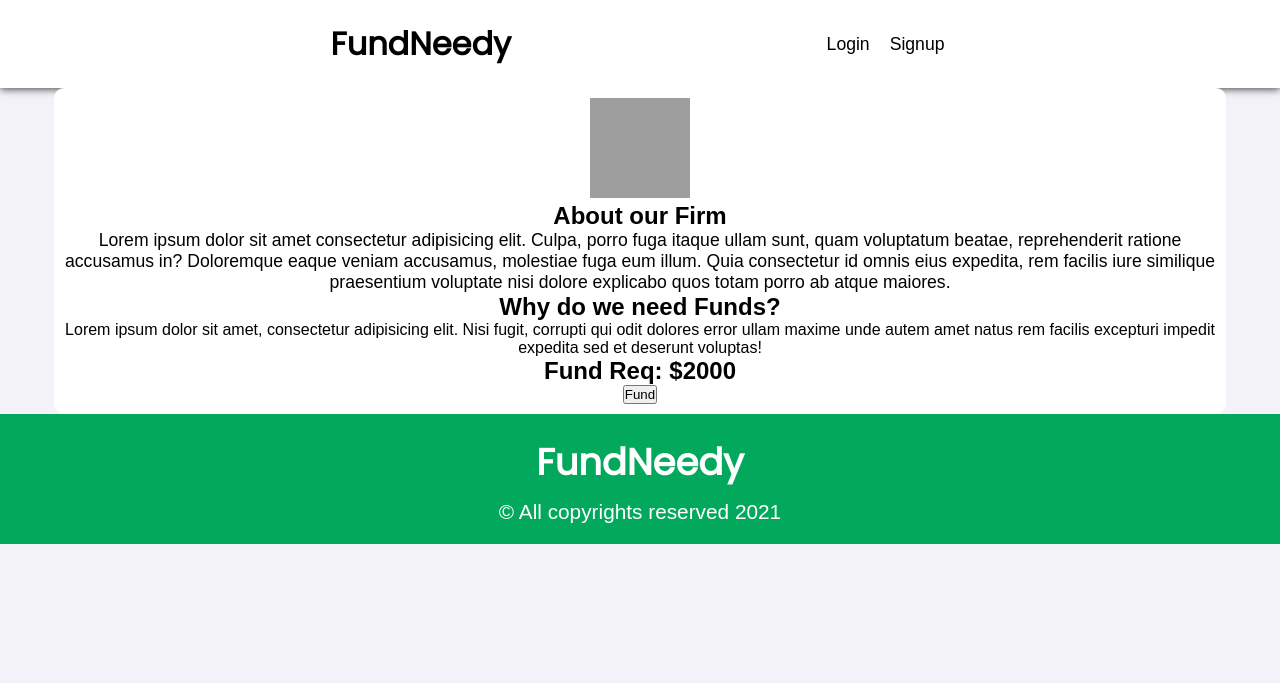
Repository: osdc/codejam
Page: /firmname (app in sassy-sandwiches/fund-needy/)
An editor plug-in stored every save of this project. The page is shown before and after the next save, followed by the edit.
The browser window is 1280 px wide. The pictures show the whole page.
Pictures or frames that could not be fetched are drawn as grey boxes. The project was rebuilt for these pictures with package versions that can differ from the ones it lists, and the page was loaded fresh each time. Also part of the build but not shown: sassy-sandwiches/fund-needy/src/Showcase.css, sassy-sandwiches/fund-needy/src/Showcase.js, sassy-sandwiches/fund-needy/src/Needies.css, sassy-sandwiches/fund-needy/src/Needy.css, sassy-sandwiches/fund-needy/src/Needy.js, sassy-sandwiches/fund-needy/src/Needies.js.

Above is the page before, as saved 2021-01-09 22:17:50.

After the next save:
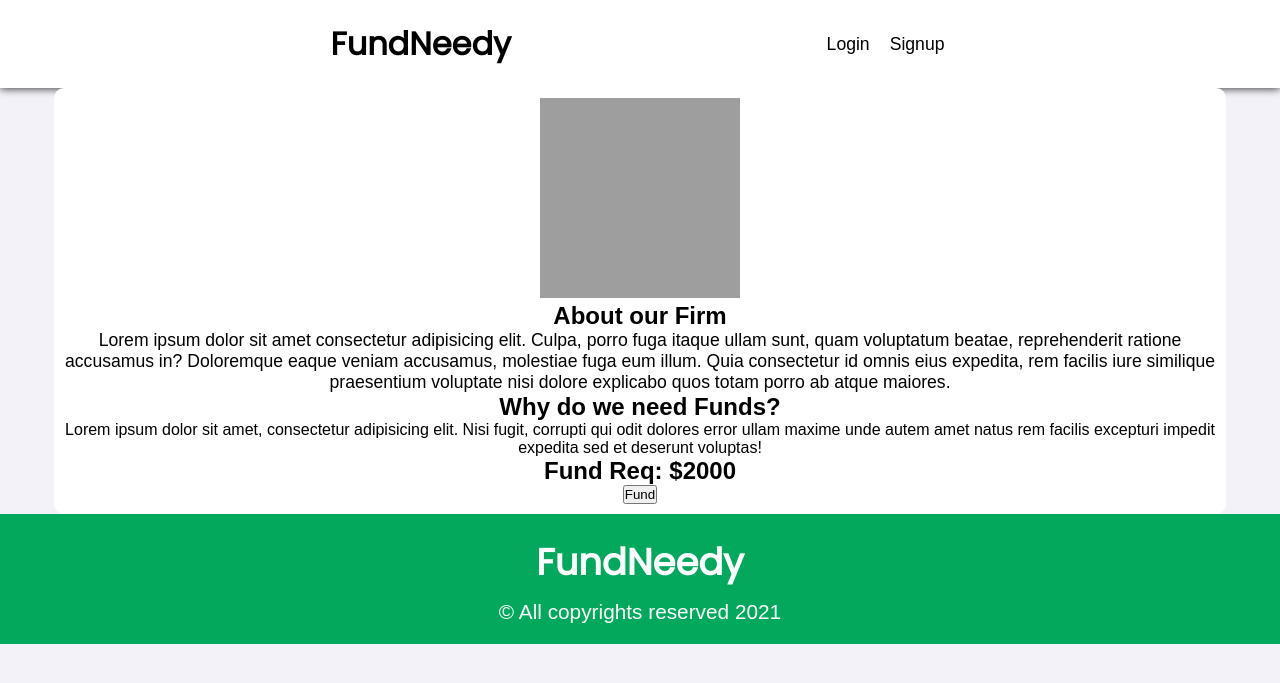
Saved 19 s later.
--- a/sassy-sandwiches/fund-needy/src/FirmFund.css
+++ b/sassy-sandwiches/fund-needy/src/FirmFund.css
@@ -8,8 +8,8 @@
 }
 
 .firmFund_image > img {
-  height: 100px;
-  width: 100px;
+  height: 200px;
+  width: 200px;
 }
 
 .firmFund_about > p {
